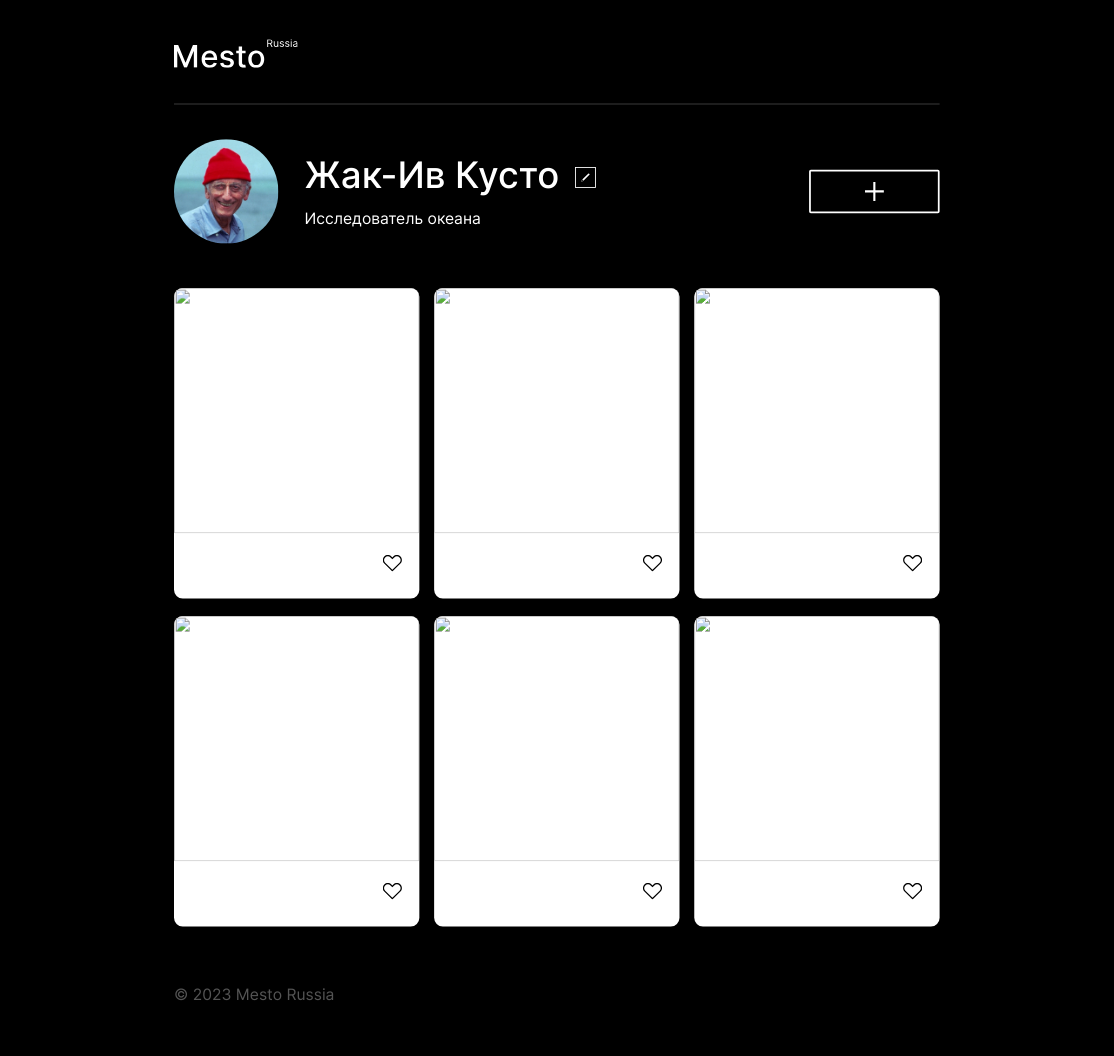
Repository: Dmitry-Rusinov/mesto
Page: index.html
The author's editor kept a copy of each file at every save. The page is drawn from the files as they stood at one save, then again after the next save.
The browser window is 1280 px wide. The pictures show the whole page, at 87% of full size.

Above is the page before, as saved 2023-05-17 22:19:36.

### index.html
<!DOCTYPE html>
<html lang="ru">
  <head>
    <meta charset="UTF-8" />
    <meta name="viewport" content="width=device-width, initial-scale=1.0" />
    <link rel="stylesheet" href="./pages/index.css" />
    <title>Третий проект Яндекс.Практикум "Место"</title>
  </head>
  <body class="page">
    <div class="content">
      <header class="header">
        <img
          src="./images/logo.svg"
          alt="Логотип проекта Место.Россия"
          class="header__logo"
        />
      </header>
      <main>
        <section class="profile">
          <img
            src="./images/image.jpg"
            alt="Фотография пользователя"
            class="profile__avatar"
          />
          <div class="profile__info">
            <h1 class="profile__info-title">Жак-Ив Кусто</h1>
            <button
              type="button"
              title="Кнопка редактирования профиля"
              class="profile__edit-button"
            ></button>
            <p class="profile__subtitle">Исследователь океана</p>
          </div>
          <button
            type="button"
            title="Кнопка добавления фото-карточки"
            class="profile__add-button"
          ></button>
        </section>
        <section class="elements">
          <ul class="elements__card">
            <template id="template-card">
              <li class="elements__card-content">
                  <img
                  src=""
                  alt=""
                  class="elements__picture"
                />
                <button
                  type="button"
                  title="Кнопка удаления карточки"
                  class="elements__button-delete"
                ></button>
                <div class="elements__description">
                  <div class="elements__container">
                    <h2 class="elements__title"></h2>
                    <button
                      type="button"
                      title="Кнопка лайка картинки"
                      class="elements__button-like"
                    ></button>
                  </div>
                </div>
              </li>
            </template>
          </ul>
        </section>
      </main>
      <footer class="footer">
        <p class="footer__text">© 2023 Mesto Russia</p>
      </footer>
    </div>
    <div class="popup" id="editForm">
      <div class="popup__container">
        <button
          type="button"
          class="popup__closed"
          title="Кнопка закрытия формы"
        ></button>
        <h2 class="popup__title">Редактировать профиль</h2>
        <form name="form" class="popup__form">
          <fieldset class="popup__content">
            <input
              class="popup__input popup__input_user_name"
              type="text"
              id="user-name"
              placeholder="Как вас зовут?"
              minlength="1"
              maxlength="200"
              name="name"
            />
            <input
              class="popup__input popup__input_user_job"
              type="text"
              id="description"
              placeholder="Дополнитерьная информация"
              minlength="1"
              maxlength="400"
              name="job"
            />
          </fieldset>
          <button type="submit" class="popup__submit" value="eddit">
            Сохранить
          </button>
        </form>
      </div>
    </div>
    <div class="popup" id="popupAddCard">
      <div class="popup__container">
        <button
          type="button"
          class="popup__closed"
          title="Кнопка закрытия формы"
        ></button>
        <h2 class="popup__title"></h2>
        <form name="addCard" class="popup__form">
          <fieldset class="popup__content">
            <input
              class="popup__input" id="popup__input_card_description"
              type="text"
              id="user-name"
              placeholder="Название"
              minlength="1"
              maxlength="200"
              name="newPlace"
            />
            <input
              class="popup__input" id="popup__input_pictures-link"
              type="url"
              id="description"
              placeholder="Ссылка на картинку"
              minlength="1"
              maxlength="400"
              name="pictureLink"
            />
          </fieldset>
          <button type="submit" class="popup__submit" value="eddit">
            Сохранить
          </button>
        </form>
      </div>
    </div>
    <div class="popup popup_overlay" id="popupImage">
      <div class="popup__image-container">
        <button
          type="button"
          class="popup__closed"
          title="Кнопка закрытия формы"
        ></button>
            <h2 class="popup__image-title"></h2>
            <img class="popup__picture" alt="" src="">
      </div>
    </div>
    <script src="./scripts/index.js"></script>
  </body>
</html>

### scripts/index.js
//Попап оредактирования профиля
const buttonPopupOpen = document.querySelector('.profile__edit-button');
/*const popup = document.querySelector('.popup');*/
const popupEditForm = document.querySelector('#editForm');
const buttonPopupClosed = document.querySelector('.popup__closed');
const formElement = popupEditForm.querySelector('.popup__form');
const nameInput = document.querySelector('.popup__input_user_name');
const jobInput = document.querySelector('.popup__input_user_job');
const newNameInput = document.querySelector('.profile__info-title');
const newJobInput = document.querySelector('.profile__subtitle');

//Добавление карточек на страницу
const elementsCard = document.querySelector('.elements__card');
const templateCard = document.querySelector('#template-card').content;

//Попап добавления карточки
const popupImageContent = document.querySelectorAll('.elements__card-content');
const popupAddButton = document.querySelector('.profile__add-button');
const cardDescription = document.querySelector('#popup__input_card_description');
const picturesLink = document.querySelector('#popup__input_pictures-link');
const popupAddCard = document.querySelector('#popupAddCard');
const newPopupButtonClosed = popupAddCard.querySelector('.popup__closed');
const addCardForm = popupAddCard.querySelector('.popup__form');
//Попап изображения карточки при увеличении



//Реализация формы редактирования профиль
const togglePopupState = (popupToToggle) => popupToToggle.classList.toggle('popup_opened');

buttonPopupOpen.addEventListener('click', () => {
  togglePopupState(popupEditForm);
  nameInput.value = newNameInput.textContent;
  jobInput.value = newJobInput.textContent;
});

buttonPopupClosed.addEventListener('click', () => togglePopupState(popupEditForm));

/*popup.addEventListener('click', (evt) => {
  if (evt.target === evt.currentTarget) {
    togglePopupState(popup)
  }
})*/

function handleFormSubmit (evt) {
    evt.preventDefault();
    newNameInput.textContent = nameInput.value;
    newJobInput.textContent = jobInput.value;
    togglePopupState(popupEditForm);
}

formElement.addEventListener('submit', handleFormSubmit);

// Реализация загрузки карточек из JS
const initialCards = [
  {
    name: 'Метро',
    link: 'https://images.unsplash.com/photo-1683836694582-80aa1f218f0c?ixlib=rb-4.0.3&ixid=MnwxMjA3fDB8MHxlZGl0b3JpYWwtZmVlZHwxMnx8fGVufDB8fHx8&w=1000&q=80'
  },
  {
    name: 'Остров в океане',
    link: 'https://images.unsplash.com/photo-1682444944126-9fb22591061e?ixlib=rb-4.0.3&ixid=MnwxMjA3fDB8MHxlZGl0b3JpYWwtZmVlZHwxOHx8fGVufDB8fHx8&w=1000&q=80'
  },
  {
    name: 'Воздушные шары',
    link: 'https://images.unsplash.com/photo-1683475962489-ddb36560f621?ixlib=rb-4.0.3&ixid=MnwxMjA3fDB8MHxlZGl0b3JpYWwtZmVlZHwzNHx8fGVufDB8fHx8&w=1000&q=80'
  },
  {
    name: 'Девушка с довольным выражением лица',
    link: 'https://images.unsplash.com/photo-1671549845835-224455af2e41?ixlib=rb-4.0.3&ixid=MnwxMjA3fDB8MHxlZGl0b3JpYWwtZmVlZHw3NXx8fGVufDB8fHx8&w=1000&q=80'
  },
  {
    name: 'Отдых в палатке на природе',
    link: 'https://plus.unsplash.com/premium_photo-1664367986079-dd9933917ff1?ixlib=rb-4.0.3&ixid=MnwxMjA3fDB8MHxlZGl0b3JpYWwtZmVlZHw4Nnx8fGVufDB8fHx8&w=1000&q=80'
  },
  {
    name: 'Ретро автомобиль',
    link: 'https://images.unsplash.com/photo-1683538967101-a1543aac2dc9?ixlib=rb-4.0.3&ixid=MnwxMjA3fDB8MHxlZGl0b3JpYWwtZmVlZHwxMjh8fHxlbnwwfHx8fA%3D%3D&w=1000&q=80'
  }
];

const elementsInfo = initialCards.map((item) => {
  return {
    name: item.name,
    link: item.link
  };
});
//Кнопка удаления карточки
const deleteCard = (evt) => {
  const item = evt.target.closest('.elements__card-content');
  item.remove();
}
//Кнопка лайка карточки
const buttonLike = (evt) => {
  const item = evt.target.closest('.elements__button-like');
  item.classList.toggle('elements__button-like_active');
}

function createCard() {
  const changedElements = templateCard.querySelector('.elements__card-content').cloneNode(true);
  const elementsPicture = changedElements.querySelector('.elements__picture');
  const elementsTitle = changedElements.querySelector('.elements__title');
  elementsTitle.textContent = cardDescription.value;
  elementsPicture.src = cardDescription.value;
  elementsPicture.alt = cardDescription.value;
  changedElements.querySelector('.elements__button-delete').addEventListener('click', deleteCard);
  changedElements.querySelector('.elements__button-like').addEventListener('click', buttonLike);

  elementsPicture.addEventListener('click', () => {
    togglePopupState(modal);
    newImage.src = elementsPicture.src;
    newImage.alt = elementsPicture.alt;
    newImageTitle.textContent = elementsTitle.textContent;
  });

  elementsCard.prepend(changedElements);
}

addCardForm.addEventListener('submit', createCard);

function create() {
  elementsInfo.forEach(createCard);
}

create();

//Реализация формы добавления карточки
popupAddButton.addEventListener('click', () => {
  togglePopupState(popupAddCard);
});

newPopupButtonClosed.addEventListener('click', () => togglePopupState(popupAddCard));

/*function addCardSubmit (evt) {
  evt.preventDefault();
  const changedElements = templateCard.querySelector('.elements__card-content').cloneNode(true);
  const elementsPicture = changedElements.querySelector('.elements__picture');
  const elementsTitle = changedElements.querySelector('.elements__title');

  elementsTitle.textContent = cardDescription.value;
  elementsPicture.alt = cardDescription.value;
  elementsPicture.src = picturesLink.value;
  changedElements.querySelector('.elements__button-delete').addEventListener('click', deleteCard);
  changedElements.querySelector('.elements__button-like').addEventListener('click', buttonLike);

  elementsPicture.addEventListener('click', () => {
    togglePopupState(modal);
    newImage.src = elementsPicture.src;
    newImage.alt = elementsPicture.alt;
    newImageTitle.textContent = elementsTitle.textContent;
  });

  elementsCard.prepend(changedElements);
  togglePopupState(popupAddCard);
}
addCardForm.addEventListener('submit', addCardSubmit);*/



//Реализация модального окна изображений
/*const imageToPopup = elementsCard.getElementsByClassName('elements__picture');
const popupImage = document.querySelector('#popupImage');
const popupImageButtonClosed = popupImage.querySelector('.popup__closed');
const imageTitle = document.querySelector('.popup__image-title');
const popupImageContent = document.querySelector('.popup__image-container');
const elementsTitle = document.getElementsByClassName('elements__title');
const popupImageContent = document.querySelector('.popup__image-container');
const popupPicture = document.querySelector('.popup__picture');

/*function item () {
  elementsTitle.value = imageTitle.textContent;
  imageToPopup.value = popupPicture.src;
  return
}

for (let i = 0; i < imageToPopup.length; ++i) {
  let picture = imageToPopup[i];
  picture.addEventListener('click', () => {
    togglePopupState(popupImage);});

}
{name, link}

 /*imageToPopup.addEventListener('click', () => {
  togglePopupState(popupImage);
});*/

//popupImageButtonClosed.addEventListener('click', () => togglePopupState(popupImage));




const modal = document.querySelector('#popupImage');
const modalContent = modal.querySelector('.popup__image-container');
const closeBtn = modal.querySelector('.popup__closed');
const newImage = modal.querySelector('.popup__picture');
const newImageTitle = modal.querySelector('.popup__image-title');
const nameOfPicture = elementsCard.querySelector('.elements__title');


/*let imgSrc;

popupImageContent.forEach((img) => {
  img.addEventListener('click', (item) => {
    imgSrc = item.target.src;
    togglePopupState(modal);
    imgModal(imgSrc);
  });
});

let imgModal = (src, alt) => {
  //const modal = document.querySelector('#popupImage');
  //const newImage = modal.querySelector('.popup__picture');
  newImage.setAttribute("src", src);
  newImage.setAttribute("alt", alt);
  newImage.alt = nameOfPicture.textContent;
  //newImage.setAttribute("alt", alt).textContent = nameOfPicture.value;
  //newImage.alt = nameOfPicture.value;
  //newImageTitle.textContent = nameOfPicture.value;
  //nameOfPicture.value = newImageTitle.textContent;
  //const closeBtn = modal.querySelector('.popup__closed');

  newImageTitle.innerHTML = nameOfPicture.textContent;


  modalContent.append(newImage, closeBtn, newImageTitle);
}*/


closeBtn.addEventListener('click', () => {
  togglePopupState(modal);
});

### vendor/fonts.css
@font-face {
  font-family: 'Inter';
  font-style:  normal;
  font-weight: 400;
  font-display: swap;
  src: url("Inter-Regular.woff2?v=3.19") format("woff2"),
       url("Inter-Regular.woff?v=3.19") format("woff");
}
@font-face {
  font-family: 'Inter';
  font-style:  normal;
  font-weight: 500;
  font-display: swap;
  src: url("Inter-Medium.woff2?v=3.19") format("woff2"),
       url("Inter-Medium.woff?v=3.19") format("woff");
}
@font-face {
  font-family: 'Inter';
  font-style:  normal;
  font-weight: 900;
  font-display: swap;
  src: url("Inter-Black.woff2?v=3.19") format("woff2"),
       url("Inter-Black.woff?v=3.19") format("woff");
}

### blocks/page/page.css
.page {
  font-family: "Inter", Helvetica, Arial, sans-serif;
  background-color: #000000;
  -webkit-text-size-adjust: 100%;
  -ms-text-size-adjust: 100%;
  -moz-text-size-adjust: 100%;
  -webkit-font-smoothing: antialiased;
  -moz-osx-font-smoothing: grayscale;
  text-rendering: optimizeLegibility;
  margin: 0 auto;
  width: 100%;
}

### blocks/content/content.css
.content {
  max-width: calc(1280px - 2 * 200px);
  width: calc(100% - 2 * 200px);
  margin: 45px auto 60px;
  position: relative;
}

@media screen and (max-width: 1279px) {
  .content {
    max-width: calc(1279px - 2 * 15.6%);
    width: calc(100% - 2 * 15.6%);
  }
}

@media screen and (max-width: 768px) {
  .content {
    max-width: calc(768px - 2 * 6%);
    width: calc(100% - 2 * 6%);
    margin: 28px auto 36px;
  }
}

@media screen and (max-width: 320px) {
  .content {
    width: 100%;
  }
}

### blocks/header/header.css
.header {
  display: flex;
  flex-direction: column;
  justify-content: space-between;
  margin: 0;
  border-bottom: 1px solid rgba(84, 84, 84, 0.7);
}

### blocks/header/__logo/header__logo.css
.header__logo {
  object-fit: contain;
  margin-bottom: 41px;
  max-width: 142px;
}

@media screen and (max-width: 320px) {
  .header__logo {
    max-width: 103.74px;
    margin-bottom: 31.6px;
    margin-left: 27px;
  }
}

### blocks/profile/profile.css
.profile {
  display: flex;
  width: 100%;
  margin: 40px auto 0;
  align-items: center;
}
@media screen and (max-width: 980px) {
  .profile {
    flex-direction: column;
  }
}

### blocks/profile/__avatar/profile__avatar.css
.profile__avatar {
  object-fit: cover;
  border-radius: 50%;
  width: 120px;
  height: 120px;
  margin-right: 30px;
  padding: 0;
}

@media screen and (max-width: 980px) {
  .profile__avatar {
    margin: 0 auto 26px;
  }
}

### blocks/profile/__edit-button/profile__edit-button.css
.profile__edit-button {
  border: 1px solid #ffffff;
  background-image: url(../../../images/edit-button.svg);
  height: 24px;
  width: 24px;
  background-color: transparent;
  background-position: center;
  cursor: pointer;
  transition: opacity 0.6s;
  box-sizing: border-box;
  padding: 0;
  background-repeat: no-repeat;
}

.profile__edit-button:hover {
  opacity: 0.6;
}

@media screen and (max-width: 425px) {
  .profile__edit-button {
    height: 18px;
    width: 18px;
    background-size: 8px;
  }
}

### blocks/profile/__info/profile__info.css
.profile__info {
  display: grid;
  grid-template-columns: 1fr 24px;
  column-gap: 18px;
  row-gap: 16px;
  align-items: baseline;
  box-sizing: border-box;
  max-width: 336px;
}

@media screen and (max-width: 980px) {
  .profile__info {
    margin: 0 auto 36px;
  }
}

@media screen and (max-width: 425px) {
  .profile__info {
    grid-template-columns: 1fr 18px;
    column-gap: 14px;
    row-gap: 10px;
  }
}

### blocks/profile/__info-title/profile__info-title.css
.profile__info-title {
  color: white;
  font-style: normal;
  font-weight: 500;
  font-size: 42px;
  line-height: 48px;
  margin: 0;
  padding: 0;
  text-overflow: ellipsis;
  white-space: nowrap;
  overflow: hidden;
  vertical-align: baseline;
}

@media screen and (max-width: 980px) {
  .profile__info-title {
    text-align: center;
  }
}

@media screen and (max-width: 425px) {
  .profile__info-title {
    font-size: 27px;
    line-height: 33px;
  }
}

### blocks/profile/__subtitle/profile__subtitle.css
.profile__subtitle {
  font-style: normal;
  font-weight: 400;
  font-size: 18px;
  line-height: 1.22;
  margin: 0;
  padding: 0;
  color: #ffffff;
  text-overflow: ellipsis;
  white-space: nowrap;
  overflow: hidden;
}

@media screen and (max-width: 980px) {
  .profile__subtitle {
    text-align: center;
    grid-column: 1 / 3;
  }
}

@media screen and (max-width: 425px) {
  .profile__subtitle {
    font-size: 14px;
    line-height: 17px;
  }
}

### blocks/elements/elements.css
.elements {
  margin: 51px auto 0;
}

@media screen and (max-width: 425px) {
  .elements {
    margin: 36px auto 0;
  }
}

### blocks/elements/__card/elements__card.css
.elements__card {
  list-style: none;
  display: grid;
  grid-template-columns: repeat(3, 1fr);
  column-gap: 17px;
  row-gap: 20px;
  margin: 0;
  padding: 0;
}

@media screen and (max-width: 1279px) {
  .elements__card {
    grid-template-columns: repeat(2, 1fr);
    max-width: max-content;
    margin: 0 auto;
  }
}

@media screen and (max-width: 980px) {
  .elements__card {
    grid-template-columns: 1fr;
  }
}

### blocks/elements/__button-like/elements__button-like.css
.elements__button-like {
  background-image: url(../../../images/botton-like.svg);
  width: 22px;
  height: 19px;
  border: 0;
  background-color: transparent;
  cursor: pointer;
  transition: opacity 0.6s;
}

.elements__button-like:hover {
  opacity: 0.5;
}

### blocks/elements/__card-content/elements__card-content.css
.elements__card-content {
  display: flex;
  position: relative;
  flex-direction: column;
  border-radius: 10px;
  margin: 0;
  padding: 0;
  overflow: hidden;
  background: #FFFFFF;
  width: 282px;
}

### blocks/elements/__container/elements__container.css
.elements__container {
  display: flex;
  justify-content: space-between;
  margin: 25px 20px 31px;
  align-items: center;
}

### blocks/elements/__picture/elements__picture.css
.elements__picture {
  height: 282px;
  width: 100%;
  object-fit: cover;
}
.elements__picture:hover {
  cursor: pointer;
}

### blocks/elements/__title/elements__title.css
.elements__title {
  font-style: normal;
  font-weight: 900;
  font-size: 1.5em;
  line-height: 1.2;
  margin: 0;
  padding: 0;
  max-width: 220px;
  text-overflow: ellipsis;
  white-space: nowrap;
  overflow: hidden;
}

### blocks/elements/__button-delete/elements__button-delete.css
.elements__button-delete {
  position: absolute;
  background-image: url(../../../images/deleteCard-basket.svg);
  cursor: pointer;
  top: 20px;
  right: 20px;
  width: 18px;
  height: 19px;
  border: none;
  background-color: transparent;
  background-repeat: no-repeat;
  transition: opacity 0.6s;
}

.elements__button-delete:hover {
  opacity: 0.6;
}

### blocks/elements/__button-like/_active/elements__button-like_active.css
.elements__button-like_active {
  background-image: url(../../../../images/button-like-active.svg);
}

### blocks/footer/footer.css
.footer {
  max-width: 318px;
  margin-top: 67px;
  margin-right: auto;
}

@media screen and (max-width: 425px) {
  .footer {
    margin-top: 48px;
  }
}

### blocks/footer/__text/footer__text.css
.footer__text {
  font-style: normal;
  font-weight: 400;
  font-size: 18px;
  line-height: 22px;
  color: #545454;
  margin: 0;
  padding: 0;
}

@media screen and (max-width: 320px) {
  .footer__text {
    font-size: 14px;
    line-height: 17px;
    margin: 0 19px;
  }
}

### blocks/popup/popup.css
.popup {
  position: fixed;
  top: 0;
  left: 0;
  z-index: 5;
  width: 100%;
  height: 100%;
  display: none;
  background-color: rgba(0, 0, 0, 0.5);
  justify-content: center;
  align-items: center;
}

### blocks/popup/__title/popup__title.css
.popup__title {
  font-style: normal;
  font-weight: 900;
  font-size: 24px;
  line-height: 29px;
  margin: 0;
  padding: 0;
}

@media screen and (max-width: 768px) {
  .popup__title {
    font-size: 18px;
    line-height: 22px;
  }
}

### blocks/popup/__submit/popup__submit.css
.popup__submit {
  margin: 0;
  padding-top: 14px;
  padding-bottom: 14px;
  border-radius: 2px;
  background-color: #000000;
  color: #fff;
  width: 100%;
  font-style: normal;
  font-weight: 400;
  font-size: 18px;
  line-height: 22px;
  text-align: center;
  border: none;
  transition: .6s ease;
  cursor: pointer;
}

.popup__submit:hover {
  background-color: rgba(0, 0, 0, .8);
}

@media screen and (max-width: 768px) {
  .popup__submit {
    margin: 28px 0 0;
    font-size: 14px;
    line-height: 17px;
  }
}

### blocks/popup/__input/popup__input.css
.popup__input {
  border: none;
  border-bottom: 1px solid rgba(0, 0, 0, 0.2);
  padding: 13px 0 10px;
  margin: 0 0 17px;
  width: 100%;
  font-style: normal;
  font-weight: 400;
  font-size: 14px;
  line-height: 17px;
}

### blocks/popup/__form/popup__form.css
.popup__form {
  display: flex;
  flex-direction: column;
  box-sizing: border-box;
  margin-top: 35px;
}

@media screen and (max-width: 768px) {
  .popup__form {
    margin-top: 62px;
  }
}

### blocks/popup/__content/popup__content.css
.popup__content {
  padding: 0;
  margin: 0 0 31px;
  border: none;
  flex-direction: column;
}
@media screen and (max-width: 768px) {
  .popup__content {
    margin: 0;
  }
}

### blocks/popup/__container/popup__container.css
.popup__container {
  border-radius: 10px;
  background: #fff;
  width: 358px;
  position: relative;
  box-shadow: 0px 0px 25px rgba(0, 0, 0, 0.15);
  flex-direction: column;
  z-index: 5;
  padding: 34px 36px 37px;
}

@media screen and (max-width: 768px) {
  .popup__container {
    width: 238px;
    padding: 25px 22px;
  }
}

### blocks/popup/__closed/popup__closed.css
.popup__closed {
  position: absolute;
  top: -40px;
  right: -40px;
  transition: opacity 0.6s;
  cursor: pointer;
  background-image: url(../../../images/close-icon.svg);
  height: 32px;
  width: 32px;
  background-color: transparent;
  border: none;
  z-index: 35;
}

.popup__closed:hover {
  opacity: 0.6;
}

@media screen and (max-width: 768px) {
  .popup__closed {
    top: -36px;
    right: 0;
    background-image: url(../../../images/close-icon-mini.svg);
    height: 20px;
    width: 20px;
  }
}

### blocks/popup/__picture/popup__picture.css
.popup__picture {
  background-position: center;
  object-fit: cover;
  overflow: hidden;
  z-index: 2;
}

### blocks/popup/__image-container/popup__image-container.css
.popup__image-container {
  display: flex;
  flex-direction: column;
  align-self: center;
  z-index: 1;
  position: relative;
  max-width: 816px;
  height: 540px;
  margin: 0 auto;
}

### blocks/popup/__image-title/popup__image-title.css
.popup__image-title {
  position: absolute;
  left: 0;
  bottom: -25px;
  margin: 0;
  padding: 0;
  font-style: normal;
  font-weight: 400;
  font-size: 12px;
  line-height: 15px;
  color: white;
}

### blocks/popup/_overlay/popup_overlay.css
.popup_overlay {
  background-color: rgba(0, 0, 0, 0.9);
}

Loaded but not shown: vendor/normalize.css (library); blocks/popup/_opened/popup_opened.css (common file); pages/index.css (48 lines, source omitted); blocks/profile/__add-button/profile__add-button.css (40 lines, source omitted)

After the next save:
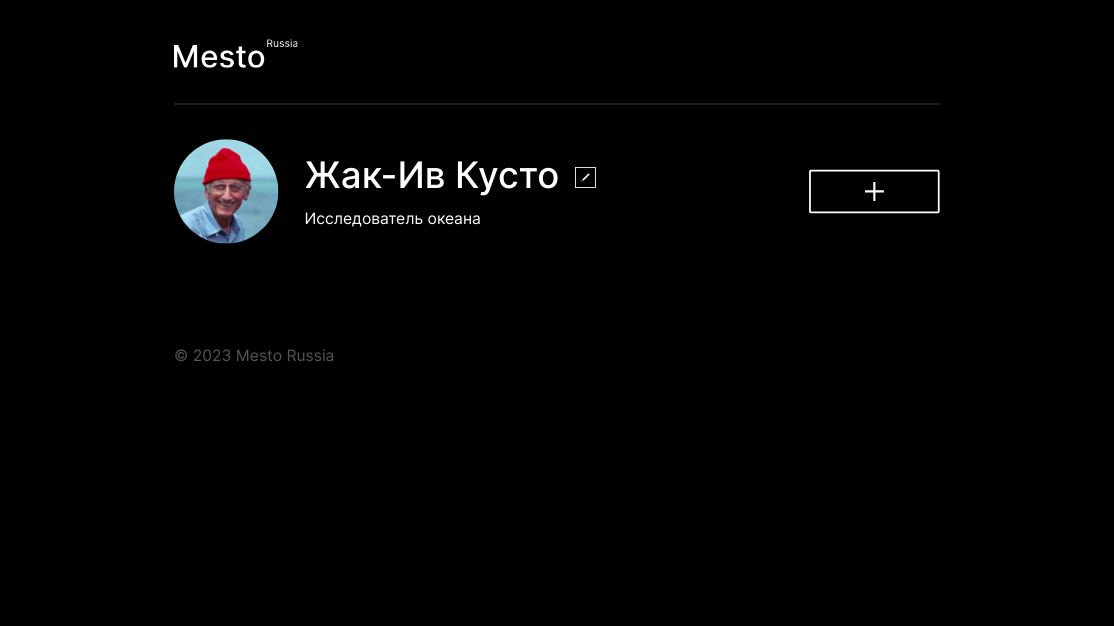
Console error: TypeError: evt.preventDefault is not a function
Saved 93 s later.
--- a/scripts/index.js
+++ b/scripts/index.js
@@ -96,7 +96,8 @@ const buttonLike = (evt) => {
   item.classList.toggle('elements__button-like_active');
 }
 
-function createCard() {
+function createCard(evt) {
+  evt.preventDefault();
   const changedElements = templateCard.querySelector('.elements__card-content').cloneNode(true);
   const elementsPicture = changedElements.querySelector('.elements__picture');
   const elementsTitle = changedElements.querySelector('.elements__title');
